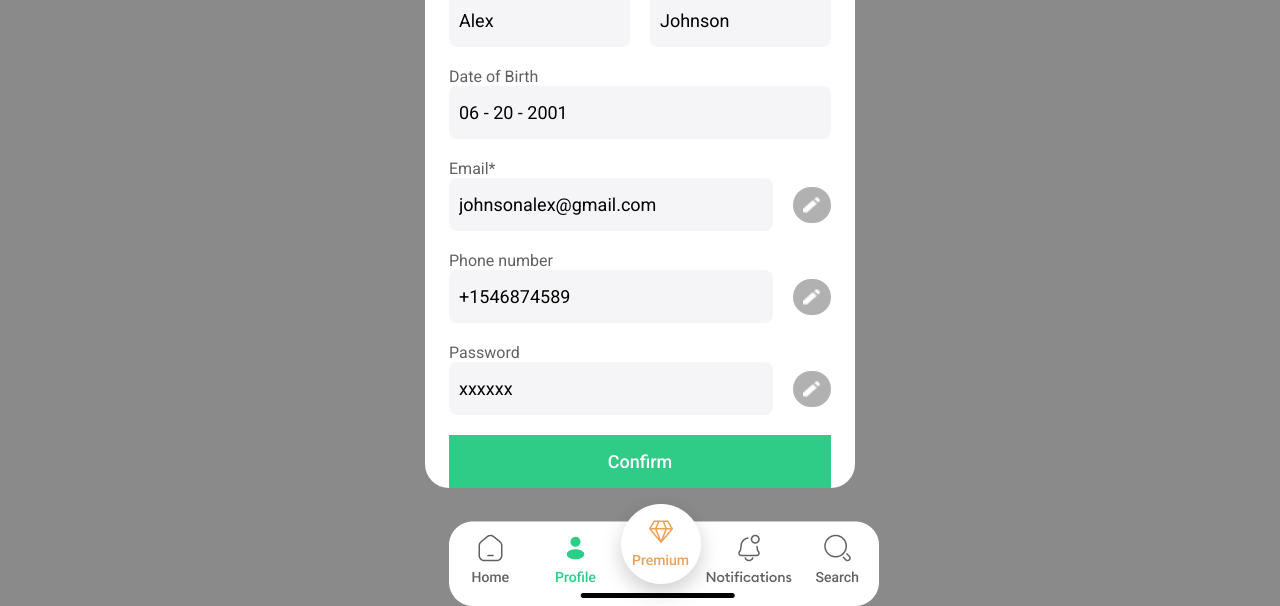
Repository: AytacSafarova/Task-figma-ui
Page: index.html
The author's editor kept a copy of each file at every save. The page is drawn from the files as they stood at one save, then again after the next save.
The browser window is 1280 px wide. The pictures show the part of the page from y = 300 to 906 px (the page is 906 px tall).

Above is the page before, as saved 2023-02-25 17:55:52.

After the next save:
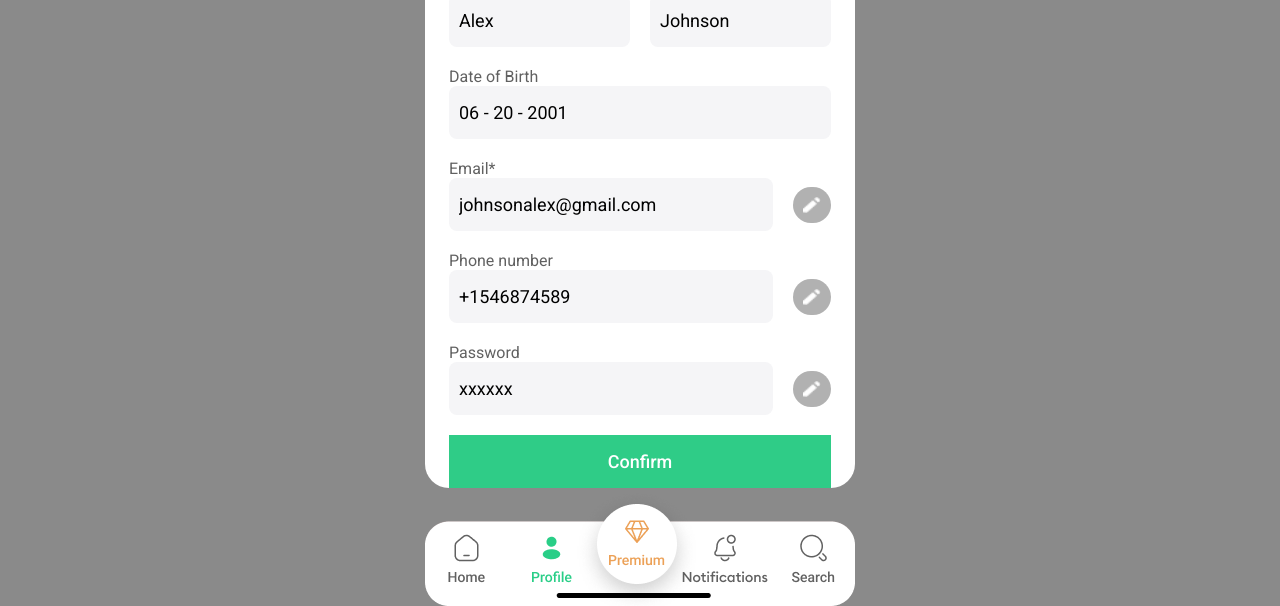
Saved 4 s later.
--- a/index.css
+++ b/index.css
@@ -114,5 +114,5 @@ button {
 }
 footer{
     position: absolute;
-    top: ;
+    left: 0;
 }
